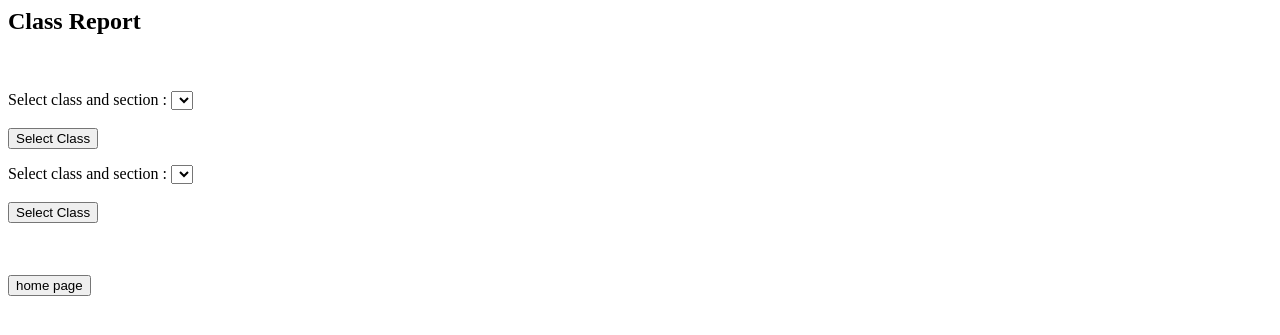
Repository: anithagnana123/Simplilearn_Phase2_project
Page: http://localhost/phase2-project/classreport.jsp
An editor plug-in stored every save of this project. The page is shown before and after the next save, followed by the edit.
The browser window is 1280 px wide. The pictures show the whole page.
The page is served by Tomcat 9. Queries for data that is not in the repository find no rows.

Above is the page before, as saved 2022-10-26 10:50:24.

After the next save:
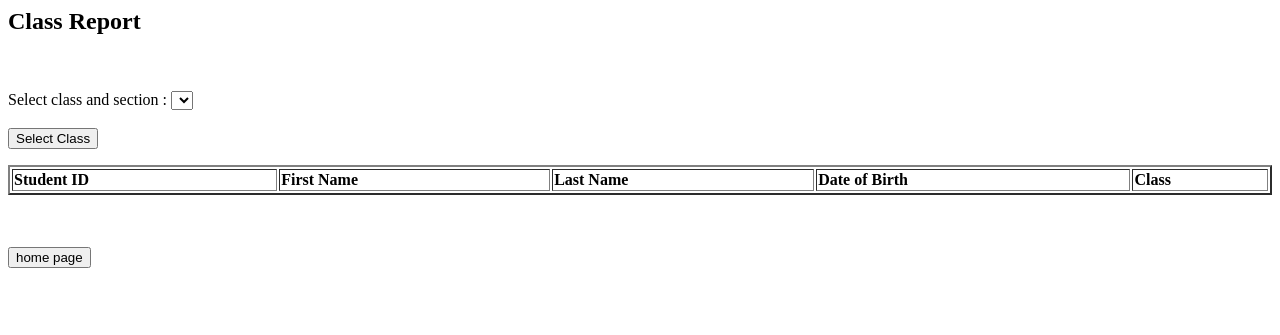
Saved 53 s later.
--- a/phase2-project/src/main/webapp/classreport.jsp
+++ b/phase2-project/src/main/webapp/classreport.jsp
@@ -48,19 +48,24 @@
          SELECT * FROM student_info where class_sec = 2;
     </sql:query>
 
+   <table border="2" width="100%">
     <tr>
-        Select class and section :
-        <select name = "class_sec">
-             <c:forEach var="class_info" items="${rs.rows}">
-                 <option> <c:out value="${class_info.class_sec}"/> </option>
-             </c:forEach>
-        </select>
+        <td><b>Student ID</b></td>
+        <td><b>First Name</b></td>
+        <td><b>Last Name</b></td>
+        <td><b>Date of Birth</b></td>
+        <td><b>Class</b></td>
     </tr>
 
-    <br> <br>
-    <tr>
-      <td><input type="submit" value="Select Class"/></td>
-    </tr>
+    <c:forEach var="student_info" items="${rs.rows}">
+        <tr>
+            <td> <c:out value="${student_info.student_id}"/> </td>
+            <td> <c:out value="${student_info.firstName}"/> </td>
+            <td> <c:out value="${student_info.lastName}"/> </td>
+            <td> <c:out value="${student_info.dateOfBirth}"/> </td>
+            <td> <c:out value="${student_info.class_sec}"/> </td>
+        </tr>
+    </c:forEach>
 </table>
 </form>
 
